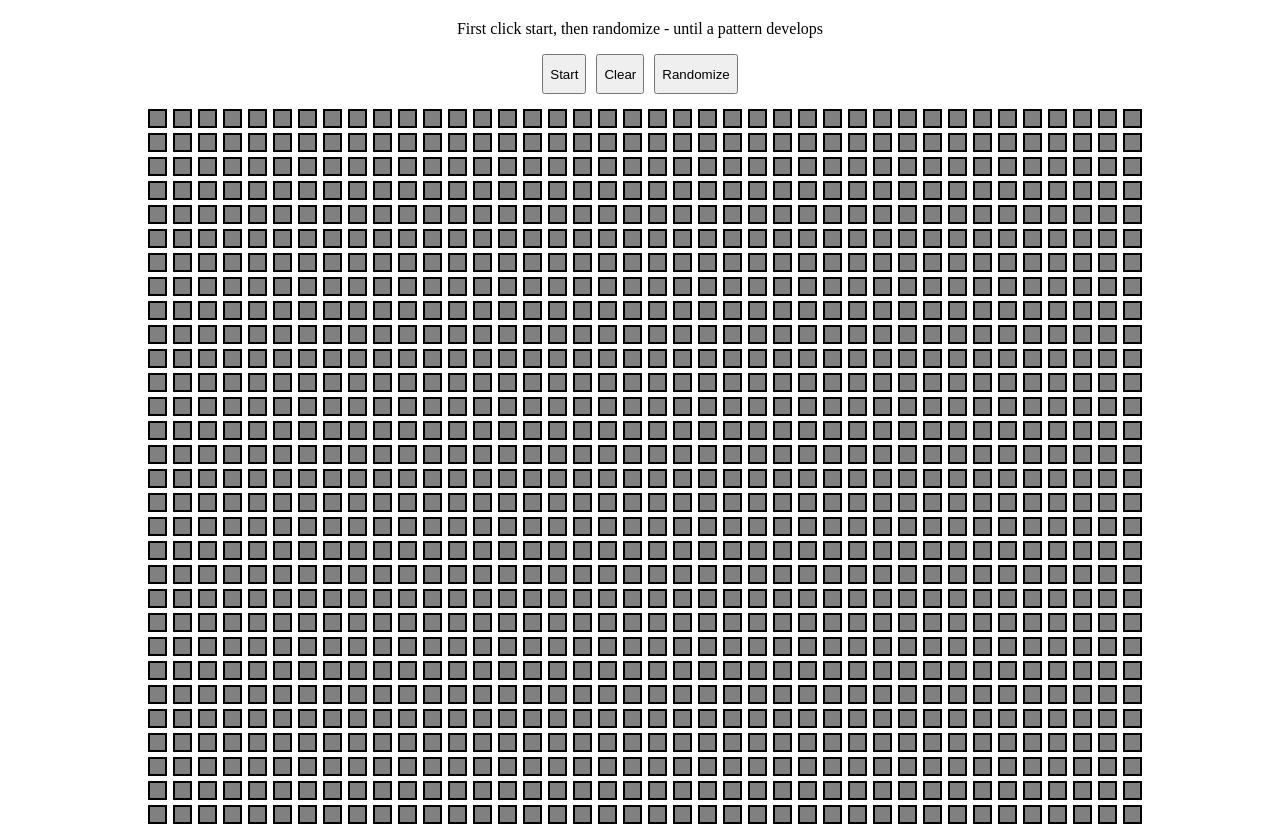
Repository: avanbussum/cellular-automata
Page: /
These files come from the project's save history. The page is drawn as it stood at one moment and after a run of saves; the edit follows.
The browser window is 1280 px wide. The pictures show the whole page.
The project was rebuilt for these pictures with package versions that can differ from the ones it lists, and the page was loaded fresh each time.

Above is the page before, as saved 2023-04-29 01:45:59.

After the next 2 saves:
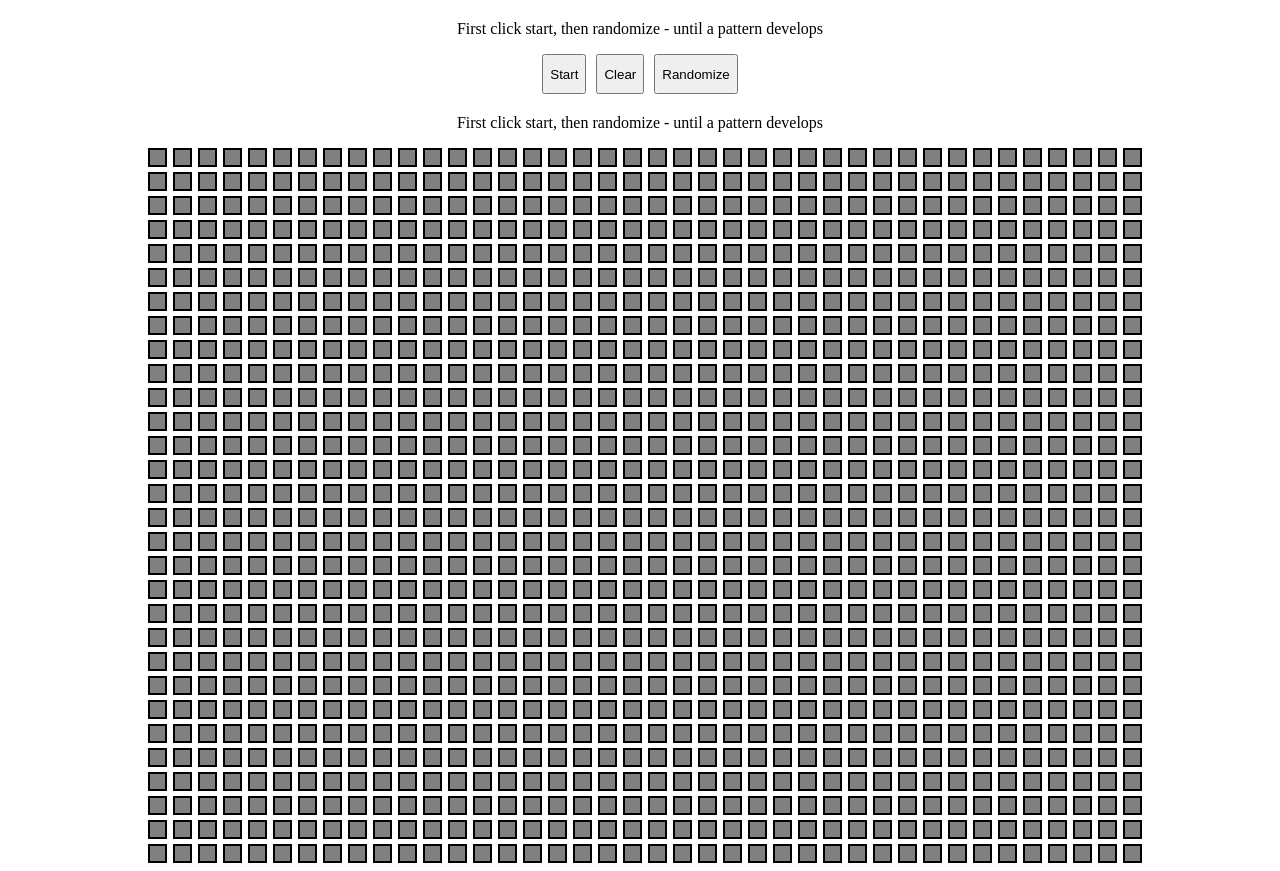
The 2 saves are shown as one change because they came seconds apart.
The last was saved 22 s later.
--- a/src/App.js
+++ b/src/App.js
@@ -209,7 +209,12 @@ export const App = () => {
         Randomize
       </button>
       </div>
-
+      <p style={{
+          display: 'flex',
+          justifyContent: 'center',
+          marginTop: '20px',
+          gap:'10px'
+        }}>First click start, then randomize - until a pattern develops</p>
       <div
         style={{
           display: 'grid',
